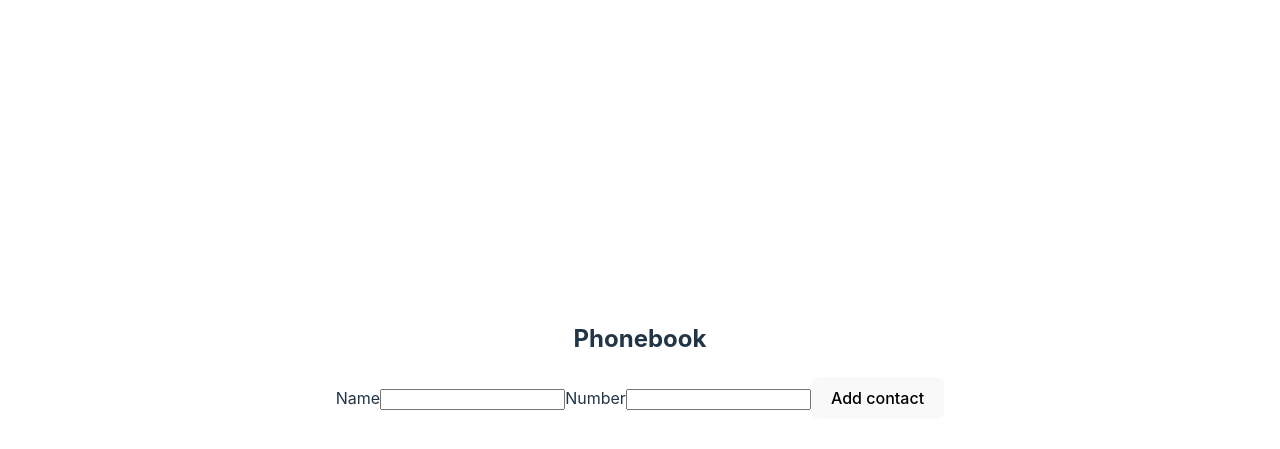
Repository: MagdalenaTyminska/React-Project-2
Page: /
The author's editor kept a copy of each file at every save. The page is drawn from the files as they stood at one save, then again after a run of saves.
The browser window is 1280 px wide. The pictures show the whole page.
The project was rebuilt for these pictures with package versions that can differ from the ones it lists, and the page was loaded fresh each time. Also part of the build but not shown: vite.config.ts.

Above is the page before, as saved 2024-11-06 22:08:25.

After the next 5 saves:
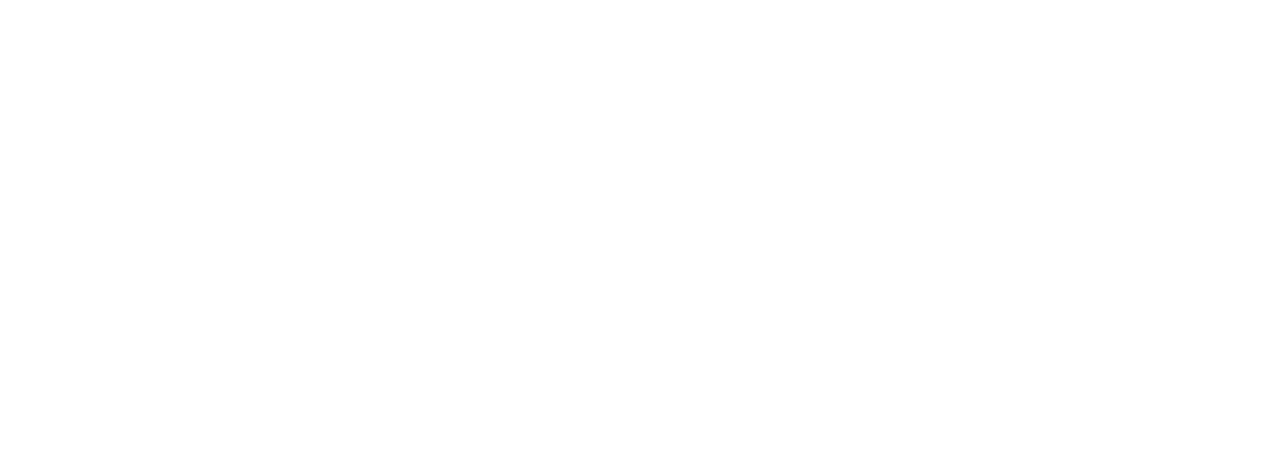
Console error: ReferenceError: ContactList is not defined
The 5 saves are shown as one change because 1 did not build or start and some came seconds apart.
The last was saved 15 s later.
--- a/src/App.tsx
+++ b/src/App.tsx
@@ -11,9 +11,9 @@
 				<Section title='Phonebook'>
 					<Form />
 				</Section>
-				{/* <Section title='Contacts'> */}
-					{/* <ContactList /> */}
-				{/* </Section> */}
+				<Section title='Contacts'>
+					<ContactList />
+				</Section>
 			</div>
 		);
 	}

After the 3 saves that followed:
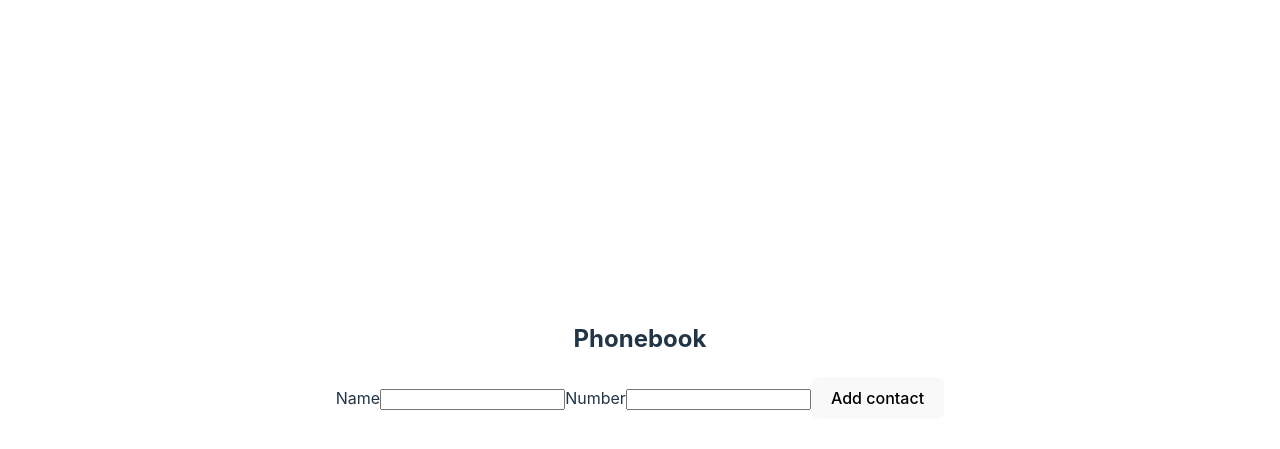
The error is gone.
The 3 saves are shown as one change because 1 left the picture as it was and some came seconds apart.
The last was saved 59 s later.
--- a/src/App.tsx
+++ b/src/App.tsx
@@ -11,9 +11,9 @@
 				<Section title='Phonebook'>
 					<Form />
 				</Section>
-				<Section title='Contacts'>
+				{/* <Section title='Contacts'>
 					<ContactList />
-				</Section>
+				</Section> */}
 			</div>
 		);
 	}
